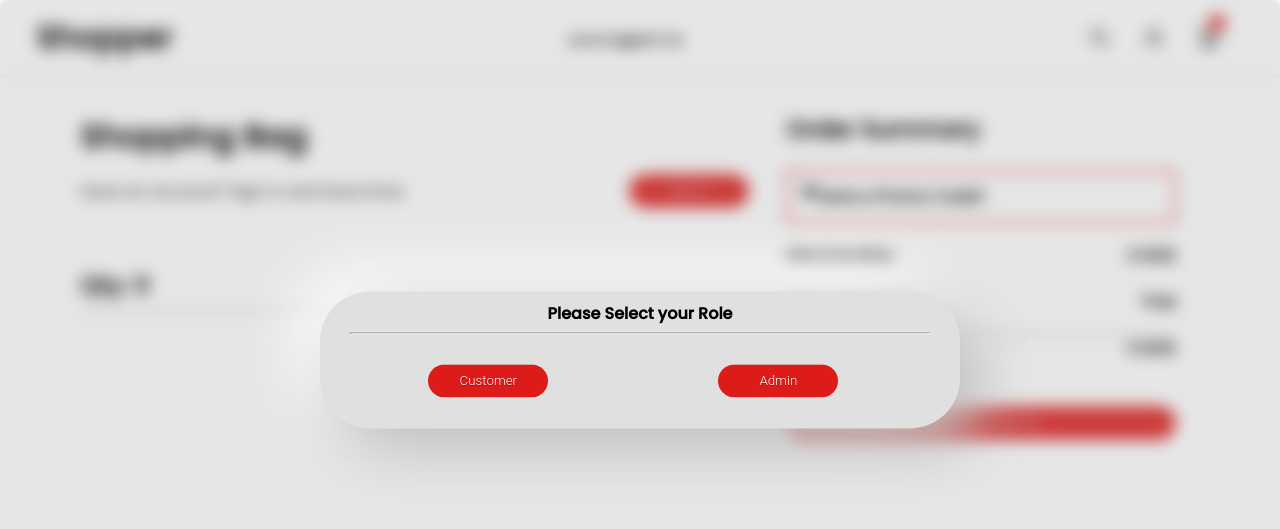
Repository: coolronts/aize-project
Page: /cart
These files come from the project's save history. The page is drawn as it stood at one moment and after the next save; the edit follows.
The browser window is 1280 px wide. The pictures show the whole page.
The project was rebuilt for these pictures with package versions that can differ from the ones it lists, and the page was loaded fresh each time. Also part of the build but not shown: src/components/CartItem/CartItem.tsx, src/pages/Shop/shop.module.css, src/components/Card/Card.tsx, src/components/EditModal/editModal.module.css, src/components/EditModal/EditModal.tsx, src/components/AddModal/addModal.module.css, src/components/AddModal/AddModal.tsx, src/pages/Shop/Shop.tsx.

Above is the page before, as saved 2021-09-17 11:41:02.

After the next save:
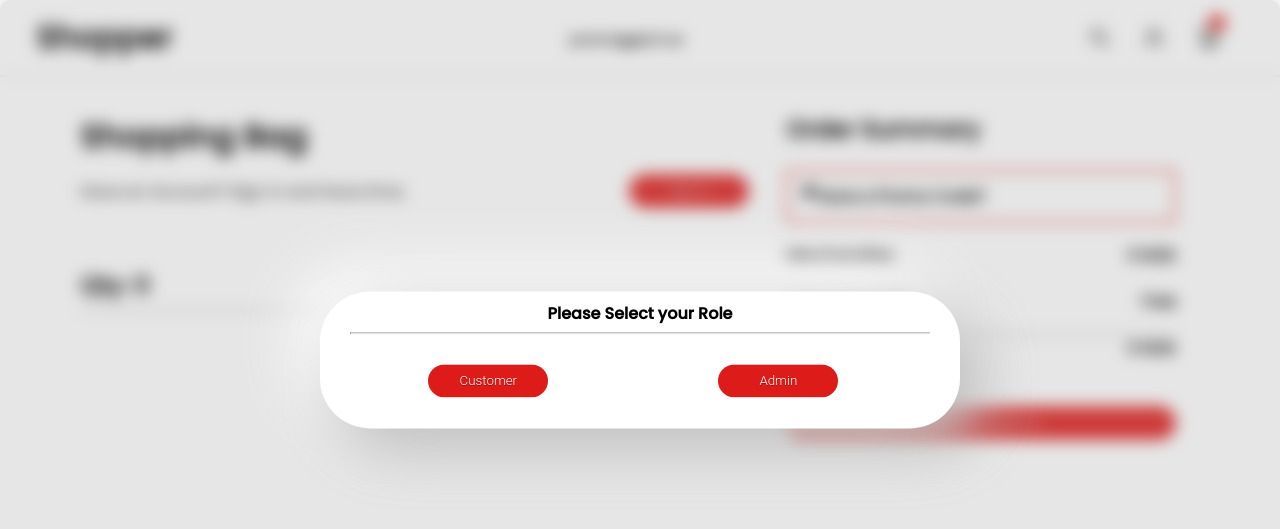
Saved 13 s later.
--- a/src/components/Modal/modal.module.css
+++ b/src/components/Modal/modal.module.css
@@ -21,7 +21,7 @@
     left: 50%;
     transform: translate(-50%, -50%);
     border-radius: 50px;
-    background: #e0e0e0;
+    background: white;
     box-shadow: 20px 20px 60px #bebebe, -20px -20px 60px #ffffff;
 }
 
